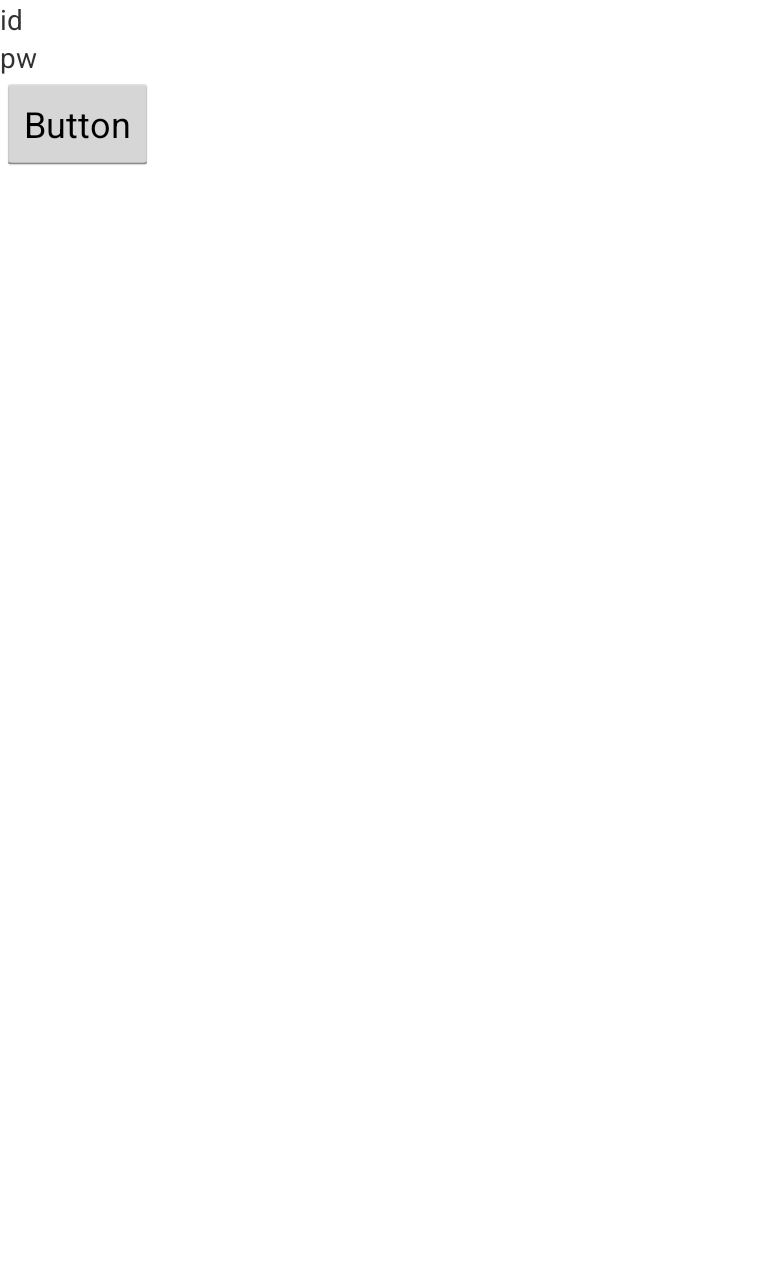
Repository: mewards/Android_Study
Layout: hw/wooil/hw4/res/layout/check.xml
An editor plug-in stored every save of this project. The layout is shown before and after the next save, followed by the edit.
It is drawn on a 768 x 1280 px phone screen (xhdpi) without system bars, with theme AppTheme; the app's code is not run.

Above is the layout before, as saved 2014-03-04 05:37:42.

### hw/wooil/hw4/res/layout/check.xml
<?xml version="1.0" encoding="utf-8"?>
<LinearLayout xmlns:android="http://schemas.android.com/apk/res/android"
    android:layout_width="match_parent"
    android:layout_height="match_parent"
    android:orientation="vertical" >

    <TextView
        android:id="@+id/idChk"
        android:layout_width="wrap_content"
        android:layout_height="wrap_content"
        android:text="id" />

    <TextView
        android:id="@+id/pwChk"
        android:layout_width="wrap_content"
        android:layout_height="wrap_content"
        android:text="pw" />

    <LinearLayout
        android:layout_width="match_parent"
        android:layout_height="wrap_content" >
    </LinearLayout>

    <LinearLayout
        android:layout_width="match_parent"
        android:layout_height="match_parent" >

        <Button
            android:id="@+id/button1"
            android:layout_width="wrap_content"
            android:layout_height="wrap_content"
            android:text="Button" />
    </LinearLayout>

</LinearLayout>

Loaded but not shown: hw/wooil/hw4/res/values/styles.xml (common file); hw/wooil/hw4/res/values-v11/styles.xml (common file); hw/wooil/hw4/res/values-v14/styles.xml (common file)

After the next save:
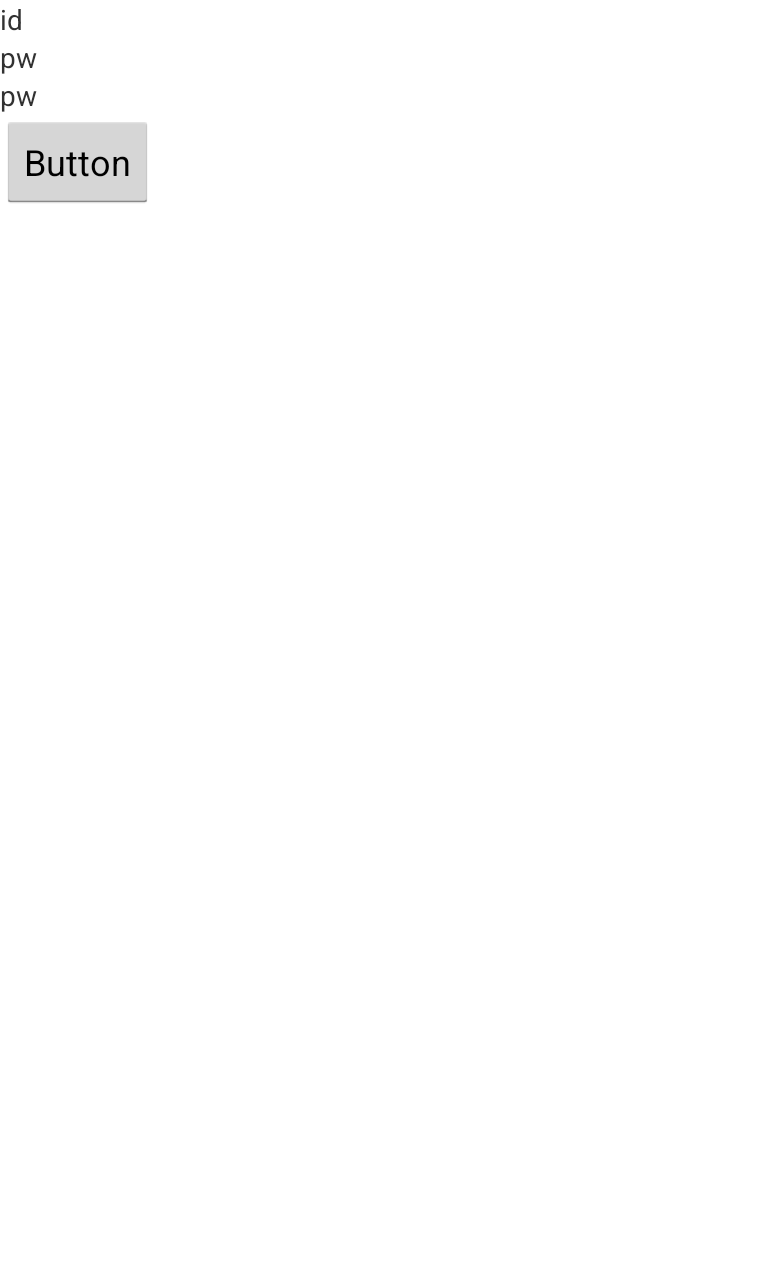
Saved 26 s later.
--- a/hw/wooil/hw4/res/layout/check.xml
+++ b/hw/wooil/hw4/res/layout/check.xml
@@ -19,6 +19,12 @@
     <LinearLayout
         android:layout_width="match_parent"
         android:layout_height="wrap_content" >
+
+        <TextView
+            android:id="@+id/errorMsg"
+            android:layout_width="wrap_content"
+            android:layout_height="wrap_content"
+            android:text="pw" />
     </LinearLayout>
 
     <LinearLayout
